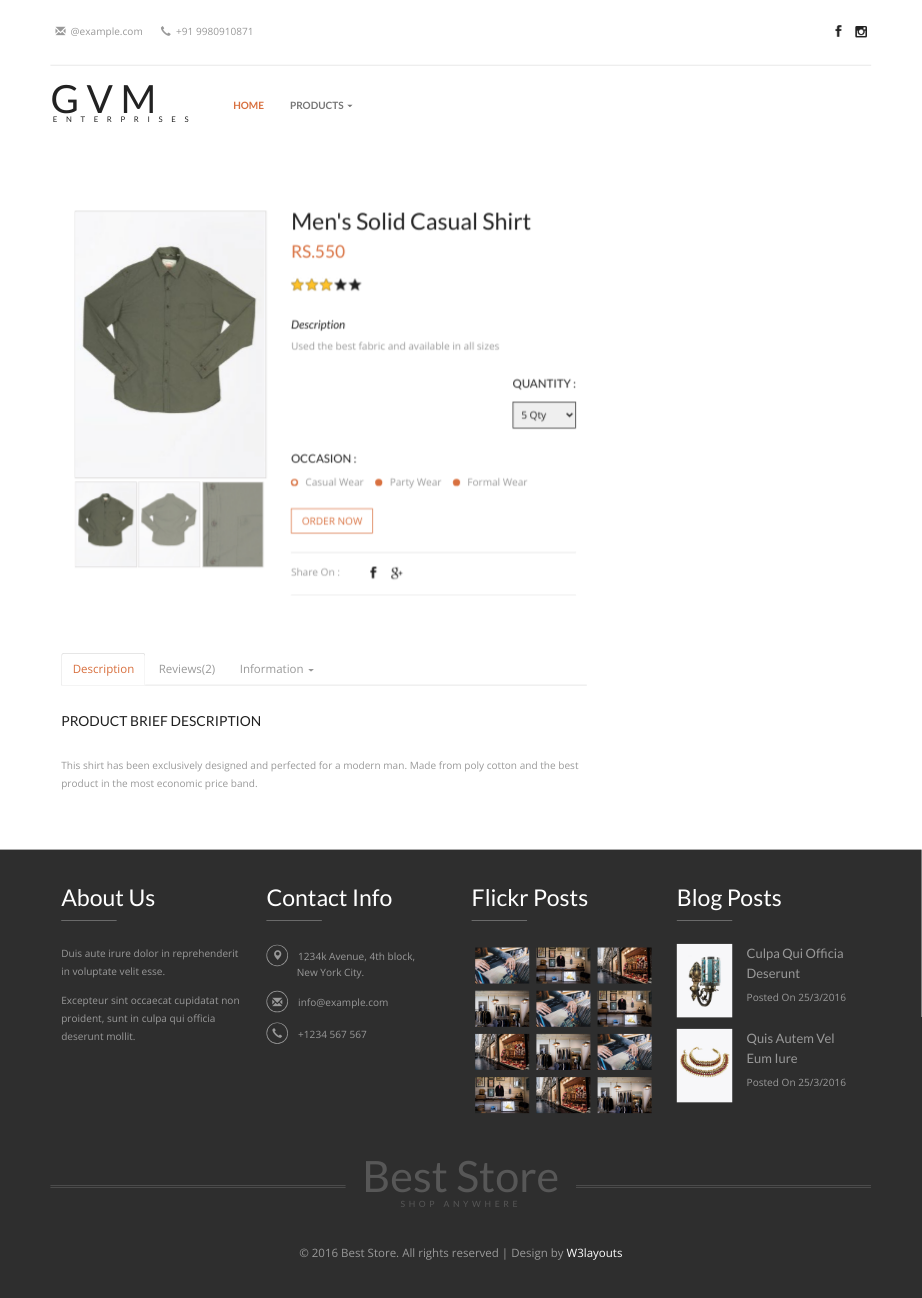
Repository: vinodmealla/flyerworkspace
Page: webstore2/WebContent/single.html
An editor plug-in stored every save of this project. The page is shown before and after the next save, followed by the edit.
The browser window is 1280 px wide. The pictures show the whole page, at 72% of full size.

Above is the page before, as saved 2017-10-03 09:52:39.

After the next save:
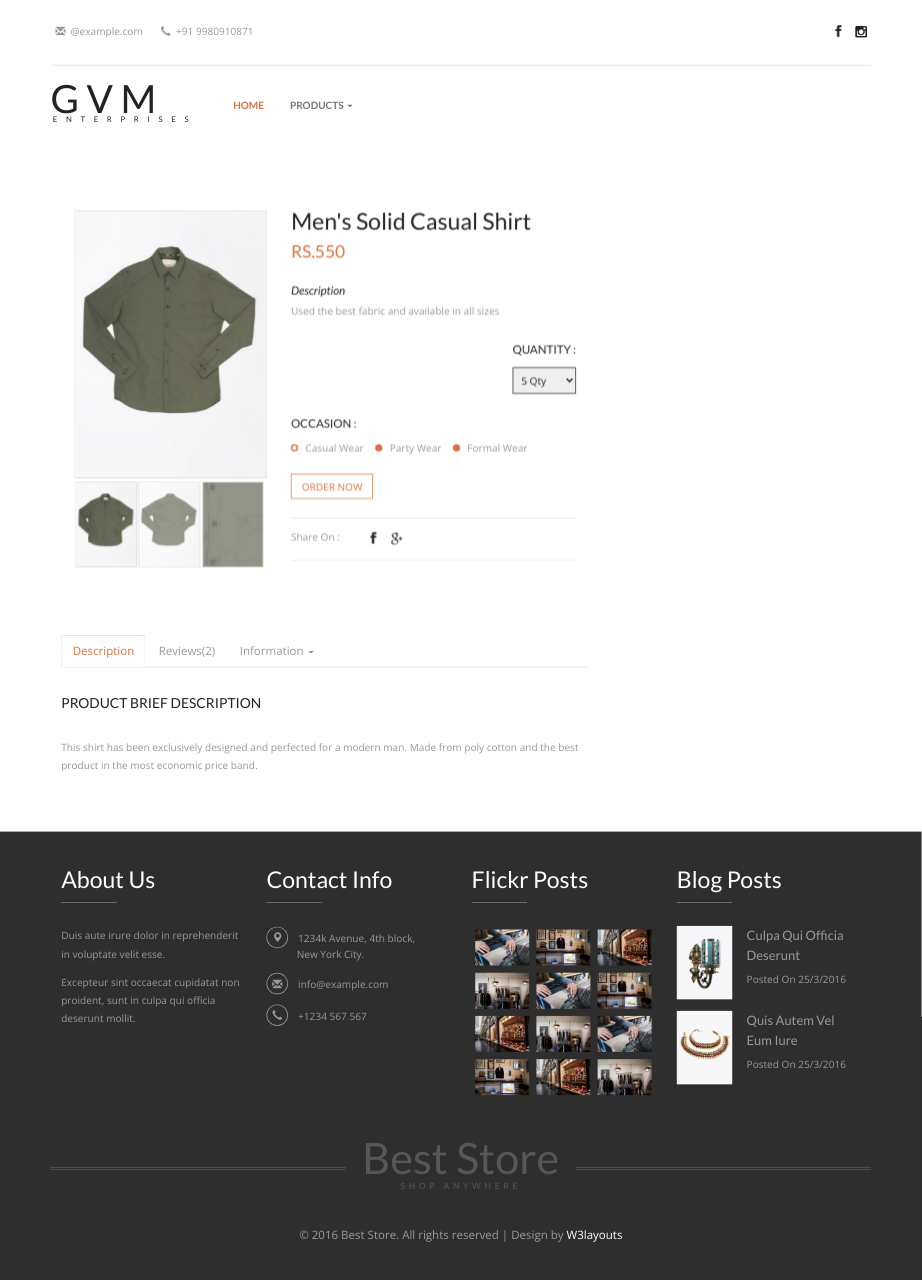
Saved 18 s later.
--- a/webstore2/WebContent/single.html
+++ b/webstore2/WebContent/single.html
@@ -284,7 +284,7 @@
 				<div class="col-md-7 single-right-left simpleCart_shelfItem animated wow slideInRight" data-wow-delay=".5s">
 					<h3>Men's Solid Casual Shirt</h3>
 					<h4><span class="item_price">RS.550</span></h4>
-					<div class="rating1">
+				<!-- 	<div class="rating1">
 						<span class="starRating">
 							<input id="rating5" type="radio" name="rating" value="5">
 							<label for="rating5">5</label>
@@ -297,7 +297,7 @@
 							<input id="rating1" type="radio" name="rating" value="1">
 							<label for="rating1">1</label>
 						</span>
-					</div>
+					</div> -->
 					<div class="description">
 						<h5><i>Description</i></h5>
 						<p>Used the best fabric and available in all sizes </p>
